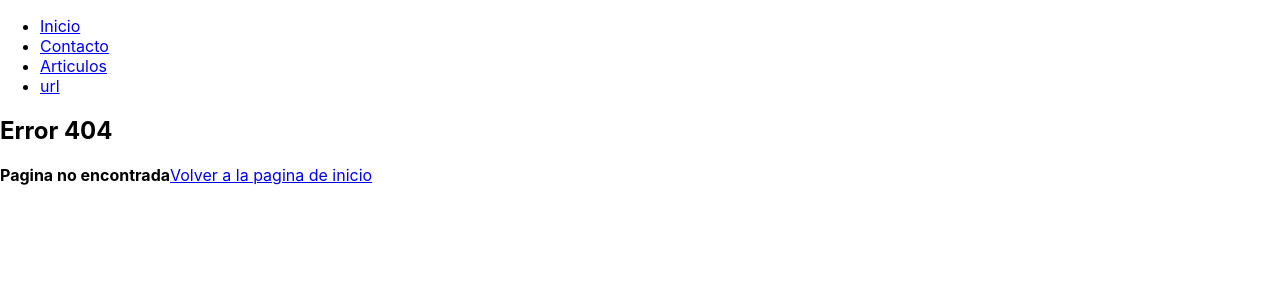
Repository: DamianBermudez94/react-router
Page: /parametrosRutas
These files come from the project's save history. The page is drawn as it stood at one moment and after the next save; the edit follows.
The browser window is 1280 px wide. The pictures show the whole page.
The project was rebuilt for these pictures with package versions that can differ from the ones it lists, and the page was loaded fresh each time. Also part of the build but not shown: src/App.css, src/components/Inicio.js, src/components/Articulos.js, src/components/Contacto.js, src/components/ParametrosRutas.js.

Above is the page before, as saved 2023-05-01 09:45:03.

After the next save:
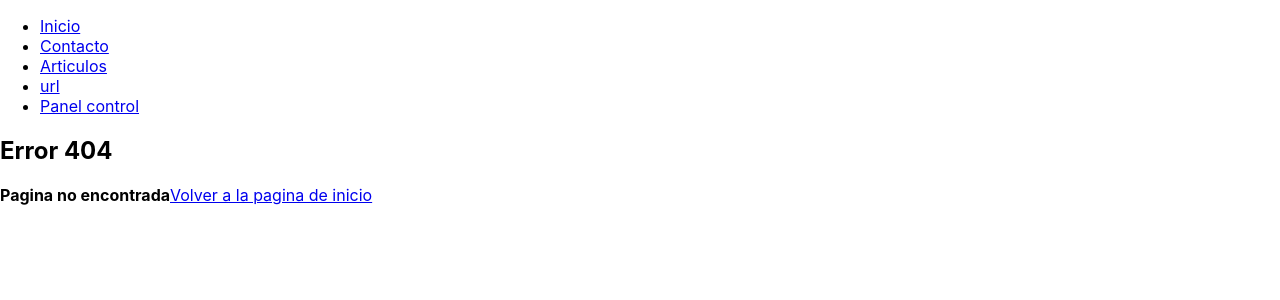
Saved 49 s later.
--- a/src/routers/RouterPrincipal.js
+++ b/src/routers/RouterPrincipal.js
@@ -30,6 +30,12 @@ export const RouterPrincipal = () => {
                       url
                       </NavLink>
                     </li>
+
+                    <li>
+                      <NavLink to="/panel-control"  className={({isActive}) => isActive ? "activado" : "" }>
+                      Panel control
+                      </NavLink>
+                    </li>
                 </ul>
             </nav>
             <Routes>
